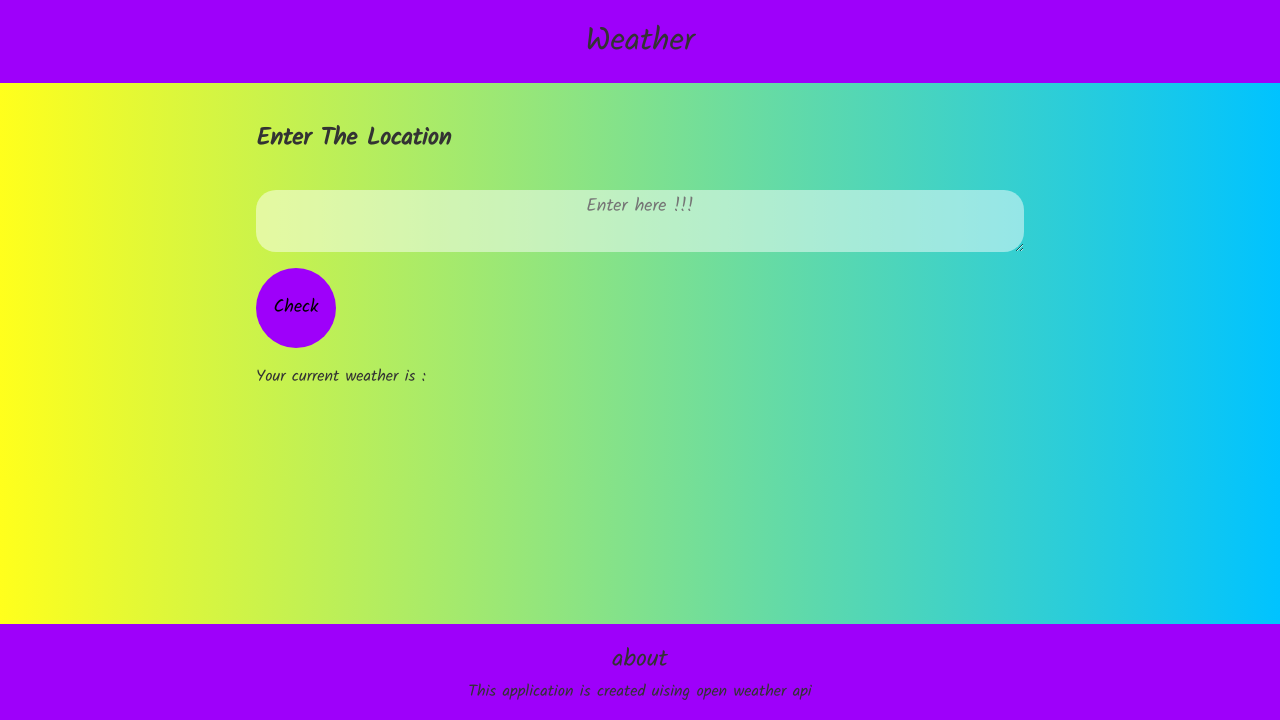
Repository: Irfan-vit/openapi
Page: index.html
The author's editor kept a copy of each file at every save. The page is drawn from the files as they stood at one save, then again after the next save.
The browser window is 1280 px wide. The pictures show the whole page.

Above is the page before, as saved 2021-05-27 23:44:22.

After the next save:
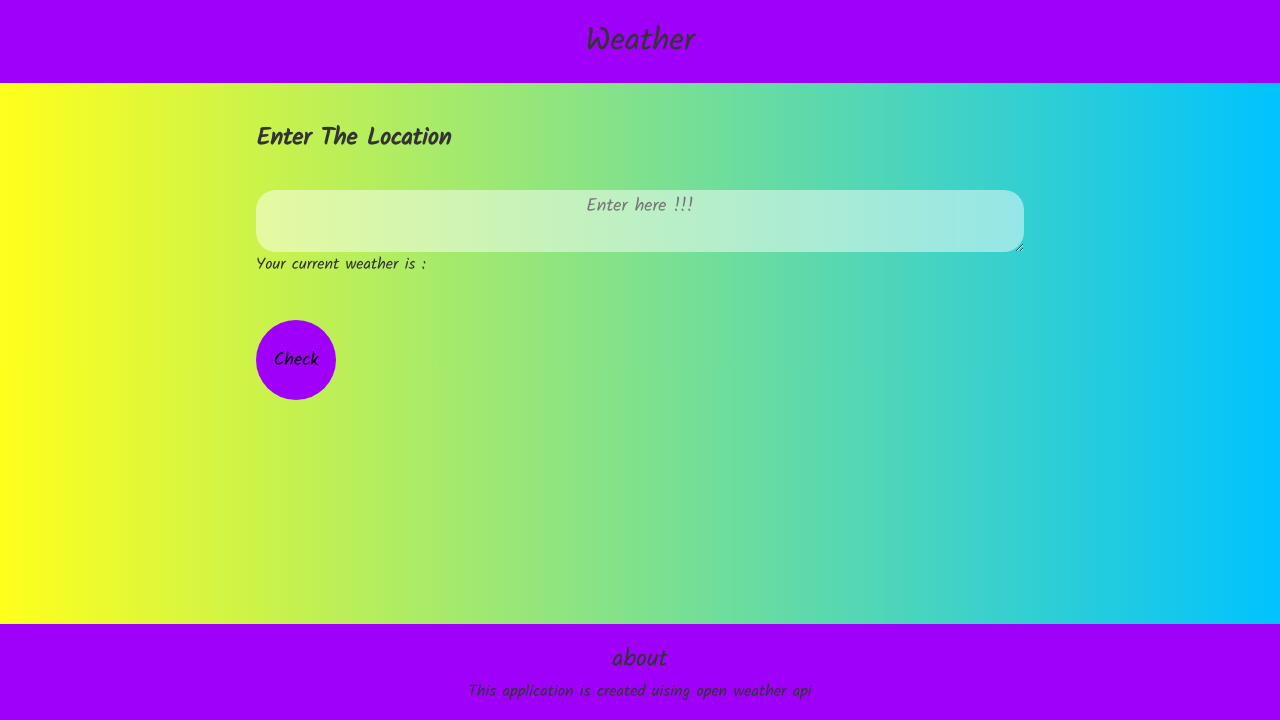
Saved 50 s later.
--- a/style.css
+++ b/style.css
@@ -70,6 +70,11 @@
     width: 80px;
     border-radius: 200px;
     text-align: center;
+      margin: 0;
+  position: absolute;
+  top: 50%;
+  -ms-transform: translateY(-50%);
+  transform: translateY(-50%);
 }
 
 

After the save that followed:
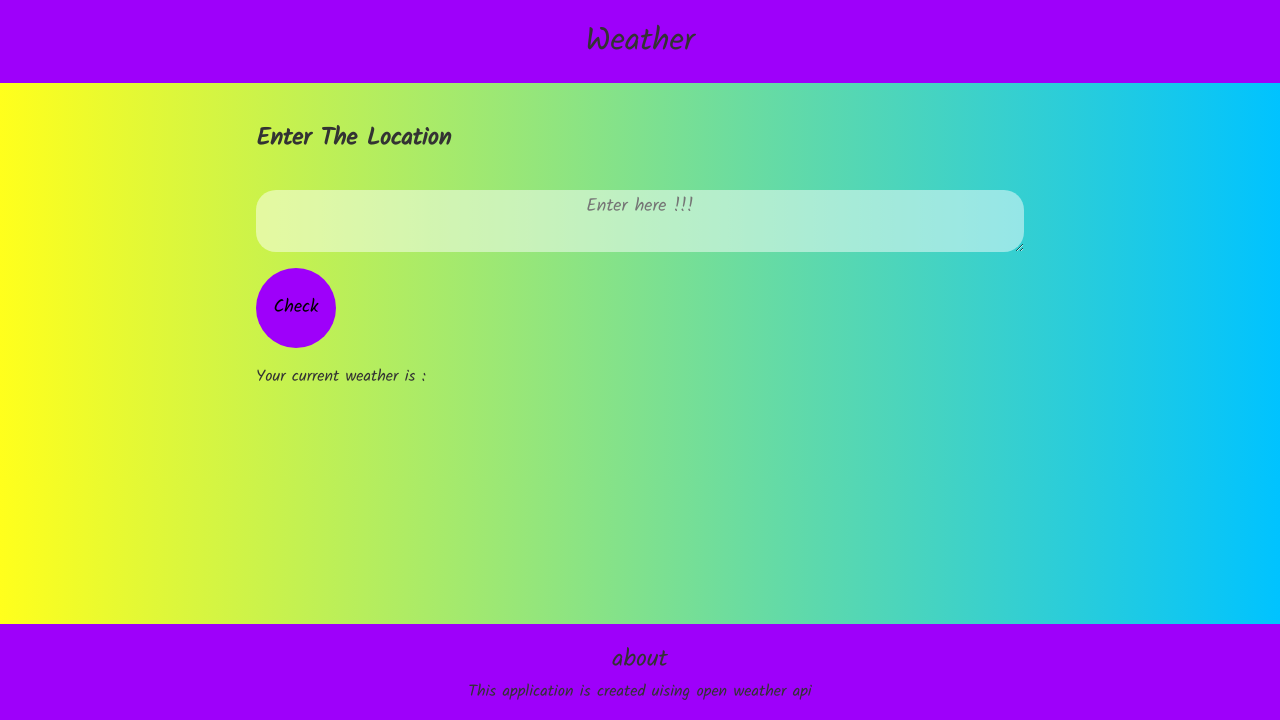
Saved 11 s later.
--- a/style.css
+++ b/style.css
@@ -70,11 +70,7 @@
     width: 80px;
     border-radius: 200px;
     text-align: center;
-      margin: 0;
-  position: absolute;
-  top: 50%;
-  -ms-transform: translateY(-50%);
-  transform: translateY(-50%);
+
 }
 
 
